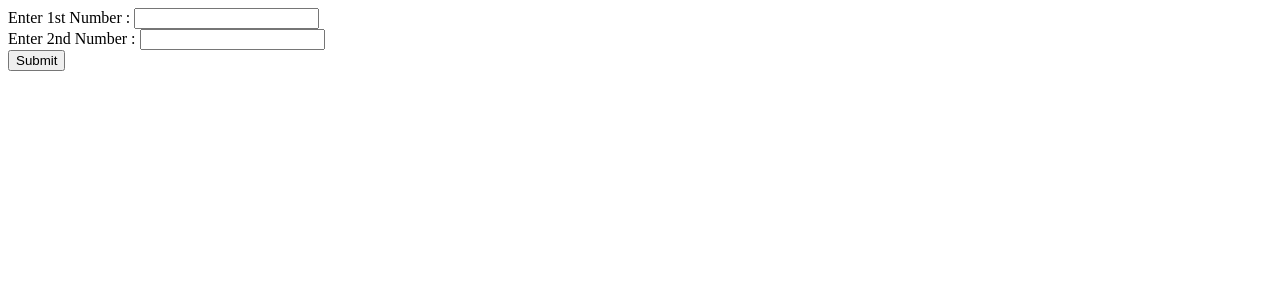
Repository: argho1990/Coursecube-B19
Page: Intro/Lab2A/WebContent/index.html
The author's editor kept a copy of each file at every save. The page is drawn from the files as they stood at one save, then again after the next save.
The browser window is 1280 px wide. The pictures show the whole page.

Above is the page before, as saved 2018-11-28 22:00:44.

### Intro/Lab2A/WebContent/index.html
<!DOCTYPE html>
<html>
<head>
<meta charset="ISO-8859-1">
<title>Insert title here</title>
</head>
<body>
<form action= "add" method="get">
Enter 1st Number :&nbsp;<input type= "text" name ="num1">
<br>
Enter 2nd Number :&nbsp;<input type= "text" name ="num2">
<br>
<input type="submit">

</form>
</body>
</html>

After the next save:
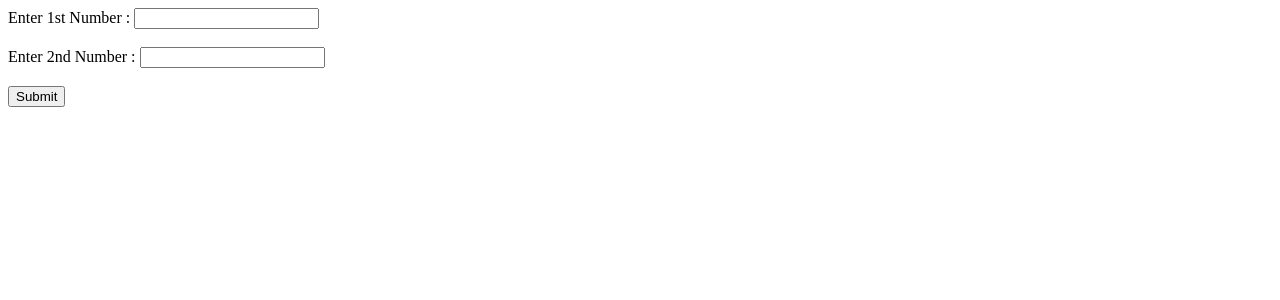
Saved 19 s later.
--- a/Intro/Lab2A/WebContent/index.html
+++ b/Intro/Lab2A/WebContent/index.html
@@ -6,9 +6,9 @@
 </head>
 <body>
 <form action= "add" method="get">
-Enter 1st Number :&nbsp;<input type= "text" name ="num1">
+Enter 1st Number :&nbsp;<input type= "text" name ="num1"><br>
 <br>
-Enter 2nd Number :&nbsp;<input type= "text" name ="num2">
+Enter 2nd Number :&nbsp;<input type= "text" name ="num2"><br>
 <br>
 <input type="submit">
 
